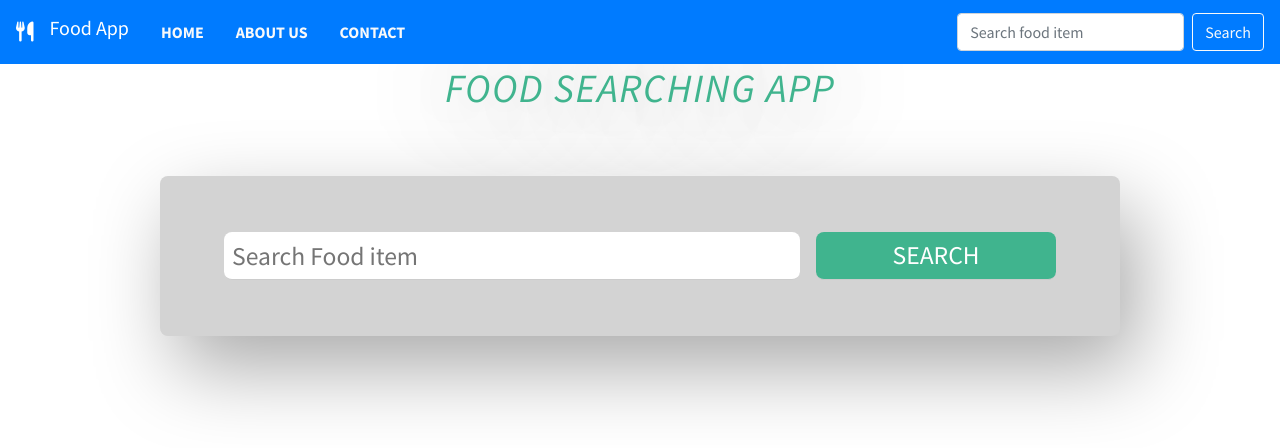
Repository: priyavmehta/React-Food-Recipe-App
Page: /contact
The author's editor kept a copy of each file at every save. The page is drawn from the files as they stood at one save, then again after the next save.
The browser window is 1280 px wide. The pictures show the whole page.
Some web libraries are served in a nearby version. The project was rebuilt for these pictures with package versions that can differ from the ones it lists, and the page was loaded fresh each time. Also part of the build but not shown: src/Components/RecipeDetails.js, src/Components/Recipe.js, src/Components/Alert.js.

Above is the page before, as saved 2020-07-11 23:01:34.

### public/index.html
<!DOCTYPE html>
<html lang="en">
  <head>
    <meta charset="utf-8" />
    <link rel="icon" href="%PUBLIC_URL%/favicon.ico" />
    <meta name="viewport" content="width=device-width, initial-scale=1" />
    <meta name="theme-color" content="#000000" />
    <meta
      name="description"
      content="Web site created using create-react-app"
    />
    <link rel="apple-touch-icon" href="%PUBLIC_URL%/logo192.png" />
    <link rel="manifest" href="%PUBLIC_URL%/manifest.json" />

    <script src="https://kit.fontawesome.com/c3f9cf1e2c.js" crossorigin="anonymous"></script>

    <link rel="stylesheet" href="https://stackpath.bootstrapcdn.com/bootstrap/4.3.1/css/bootstrap.min.css" integrity="sha384-ggOyR0iXCbMQv3Xipma34MD+dH/1fQ784/j6cY/iJTQUOhcWr7x9JvoRxT2MZw1T" crossorigin="anonymous">
    <script src="https://code.jquery.com/jquery-3.3.1.slim.min.js" integrity="sha384-q8i/X+965DzO0rT7abK41JStQIAqVgRVzpbzo5smXKp4YfRvH+8abtTE1Pi6jizo" crossorigin="anonymous"></script>
<script src="https://cdnjs.cloudflare.com/ajax/libs/popper.js/1.14.7/umd/popper.min.js" integrity="sha384-UO2eT0CpHqdSJQ6hJty5KVphtPhzWj9WO1clHTMGa3JDZwrnQq4sF86dIHNDz0W1" crossorigin="anonymous"></script>
<script src="https://stackpath.bootstrapcdn.com/bootstrap/4.3.1/js/bootstrap.min.js" integrity="sha384-JjSmVgyd0p3pXB1rRibZUAYoIIy6OrQ6VrjIEaFf/nJGzIxFDsf4x0xIM+B07jRM" crossorigin="anonymous"></script>

    <title>Food App</title>
  </head>
  <body>
    <noscript>You need to enable JavaScript to run this app.</noscript>
    <div id="root"></div>
    <!--
      This HTML file is a template.
      If you open it directly in the browser, you will see an empty page.

      You can add webfonts, meta tags, or analytics to this file.
      The build step will place the bundled scripts into the <body> tag.

      To begin the development, run `npm start` or `yarn start`.
      To create a production bundle, use `npm run build` or `yarn build`.
    -->
  </body>
</html>

### src/App.js
import React, { useState } from 'react';
import './App.css';
import RecipeState from './context/recipe/RecipeState';
import Search from './Components/Search';
import { BrowserRouter as Router, Switch, Route } from 'react-router-dom'
import Navbar from './Components/Navbar';

const App = () => {

  return (
    <RecipeState>
      <Router>
      <Navbar />
        <div className="App">

          <Search/>
        </div>
      </Router>
    </RecipeState>
  );
}

export default App;

### src/App.css
@import url("https://fonts.googleapis.com/css?family=Source+Sans+Pro:300,300i,400,400i,600,600i,700&display=swap");

* {
  font-family: "Source Sans Pro", sans-serif;
  margin: 0;
  padding: 0;
  text-decoration: none;
  list-style-type: none;
  outline: none;
}

.App {
  display: flex;
  flex-direction: column;
  align-items: center;
}

h1 {
  letter-spacing: 0.1rem;
  font-style: italic;
  color: #40b48e;
  text-shadow: 0 0.2rem 5rem rgb(119, 115, 115);
  text-transform: uppercase;
  margin: 4rem 0;
}

.search-form {
  width: 60rem;
  height: 10rem;
  display: flex;
  justify-content: center;
  align-items: center;
  background-color: #d3d3d3;
  border-radius: 0.5rem;
  margin-bottom: 5rem;
  box-shadow: 1rem 2rem 5rem #aaa;
  position: relative;
}

.alert {
  /*position: absolute;*/
  top: -3rem;
  left: 0;
  background-color: rgb(233, 72, 72);
  width: calc(100% - 0.4rem);
  border-radius: 0.5rem;
  padding: 0.2rem;
}

.alert h3 {
  font-size: 1.8rem;
  color: #fff;
  font-weight: 400;
  text-transform: uppercase;
  text-align: center;
}

.search-form input {
  font-size: 1.6rem;
  border: none;
  border-bottom: 0.1rem solid #ccc;
  margin: 0 0.5rem;
  border-radius: 0.5rem;
  height: 3rem;
}

.search-form input[type="text"] {
  padding: 0 0.5rem;
  width: 60%;
  color: #555;
}

.search-form input[type="submit"] {
  width: 25%;
  text-transform: uppercase;
  background-color: #40b48e;
  color: #fff;
}

.recipes {
  width: 90%;
  display: flex;
  align-items: center;
  flex-wrap: wrap;
  justify-content: center;
  align-items: flex-start;
}

.recipe {
  width: 30rem;
  margin: 3rem;
  display: flex;
  flex-direction: column;
  background-color: #d3d3d3;
  padding: 2rem;
  position: relative;
  border-radius: 0.5rem;
  box-shadow: 2rem 3rem 5rem #aaa;
}

.recipe h2 {
  background-color: rgba(161, 161, 161, 0.7);
  border-radius: 0.5rem;
  padding: 0.3rem 0.5rem;
  position: absolute;
  top: 2.5rem;
  left: 2.5rem;
  right: 2.5rem;
  font-size: 2.5rem;
  font-weight: 400;
  text-shadow: 0 0.5rem 0.5rem #555;
  color: #fff;
}

.recipe img {
  border-radius: 0.5rem;
  object-fit: cover;
}

.recipe a {
  font-size: 1.8rem;
  color: #40b48e;
}

/* .recipe button {
  font-size: 2rem;
  text-transform: uppercase;
  color: #fff;
  background-color: #40b48e;
  border: none;
  border-radius: 0.5rem;
  height: 3rem;
} */

.ingredient-list {
  margin-top: 1rem;
  background-color: #f0f0f0;
  border-radius: 0.5rem;
  padding: 0.5rem;
}

.ingredient-list li {
  margin: 0.5rem 0;
}

.ingredient-text {
  font-size: 1.5rem;
  color: #888;
}

.ingredient-weight {
  color: #40b48e;
  font-size: 1.3rem;
}

.fas {
  color: white;
}

.navbar-brand{
  color: white;
}

h3 {
  color: white;
}

### src/context/recipe/RecipeState.js
import React, { useReducer, useState, useEffect } from 'react'
import recipeContext from './recipeContext'
import recipeReducer from './recipeReducer';
import axios from 'axios'
import {SEARCH_RECIPE, SET_ALERT, REMOVE_ALERT, SET_HOME_PAGE} from '../types'

const RecipeState = (props) => {

    const initialState = {

        recipes : [],
        alert : ""
    };

    const home_recipes = []

    const [state, dispatch] = useReducer(recipeReducer, initialState);

    const YOUR_APP_ID = 'a232e31f';
    const YOUR_APP_KEY = 'd3cfbfb089b421a6f5135d309faa2604';

    // useEffect(async () => {
    //     const dosa = await axios.get(`https://api.edamam.com/search?q=dosa&app_id=${YOUR_APP_ID}&app_key=${YOUR_APP_KEY}`)
    //     const dosa_results = dosa.data.hits;
    //     home_recipes.push(dosa_results[5])
    //     home_recipes.push(dosa_results[9])

    //     const data = await axios.get(`https://api.edamam.com/search?q=pav&app_id=${YOUR_APP_ID}&app_key=${YOUR_APP_KEY}`)
    //     const results = data.data.hits;
    //     home_recipes.push(results[0])
    //     home_recipes.push(results[1])

    //     dispatch({type : SET_HOME_PAGE, payload : home_recipes})
    //     console.log("All Done")
    //     console.log(state.recipes)
    // }, [])

    const getData = async (text) => {
        if (text !== ''){
            const url = `https://api.edamam.com/search?q=${text}&app_id=${YOUR_APP_ID}&app_key=${YOUR_APP_KEY}`
            const data = await axios.get(url);
            if (!data.data.more){
                return (
                    dispatch({type : SET_ALERT, payload : "Such a food item is not available.."}),
                    setTimeout (() => dispatch({ type : REMOVE_ALERT }), 5000)
                )
            }
            dispatch({type: SEARCH_RECIPE, payload: data.data.hits})
            console.log(state.recipes)
        } else {
            dispatch ({type : SET_ALERT, payload: "Please enter something"})
            setTimeout (() => dispatch({ type : REMOVE_ALERT }), 5000)
        }

    }

    const getIndian = async () => {

    }

    return <recipeContext.Provider value = {{
            getData,
            recipes: state.recipes,
            alert : state.alert
        }
    }
    >
        {props.children}
    </recipeContext.Provider>
}

export default RecipeState

### src/Components/Search.js
import React, {Fragment, useContext, useState} from 'react'
import recipeContext from '../context/recipe/recipeContext'
import Recipe from './Recipe'
import Alert from './Alert'

const Search = () => {

    const [query, setQuery] = useState("")

    const RecipeContext = useContext(recipeContext)
    const {getData, recipes, alert} = RecipeContext

    const changeQuery = (event) => setQuery(event.target.value)

    const onSubmitQuery = (event) => {
        event.preventDefault()
        getData(query)
        setQuery("")
    }

    return (
        <Fragment>
            <h1 >Food Searching App</h1>
            { alert !== "" && <Alert/>}
            <form className = "search-form" onSubmit = {onSubmitQuery}>
                <input type="text" placeholder = "Search Food item" autoComplete = "off" onChange = {changeQuery} value = {query} />
                <input type = "submit" value = "Search" />
            </form>
            <div className = "recipes">
                {
                    recipes !== [] && (
                        recipes.map(recipe => <Recipe recipe = {recipe}/>)
                    )
                }
            </div>
        </Fragment>
    )
}

export default Search

### src/Components/Navbar.js
import React from 'react'
import PropTypes from 'prop-types'
import { Link } from 'react-router-dom'

const Navbar = ({icon, title}) => {

    return (
        <nav className="navbar navbar-expand-md navbar-dark bg-primary fixed-top">
            <a className="navbar-brand"><i className="fas fa-utensils"></i>  </a>
            <h3 className="navbar-brand">Food App</h3>
            <button type="button" className="navbar-toggler bg-light" data-toggle="collapse" data-target="#nav">
                <span className="navbar-toggler-icon"></span>
            </button>
             <div className="collapse navbar-collapse justify-content-between" id="nav">
                <ul className="navbar-nav">
                    <li className="nav-item" >
                        <a className="nav-link text-light font-weight-bold px-3" href="#">HOME</a>
                    </li>
                    <li className="nav-item">
                        <a className="nav-link text-light font-weight-bold px-3" href="#">ABOUT US</a>
                    </li>
                    <li className="nav-item">
                        <a className="nav-link text-light font-weight-bold px-3" href="#">CONTACT</a>
                    </li>
                </ul>
                <form class="form-inline">
                    <input class="form-control mr-sm-2" type="search" placeholder="Search food item" aria-label="Search"/>
                    <button class="btn btn-outline-light my-2 my-sm-0" type="submit">Search</button>
                </form>

            </div>

        </nav>
    )
}

Navbar.defaultProps = {
    title : "Food App",
    icon : "fab fa-github"
};

Navbar.propTypes = {
    title : PropTypes.string.isRequired,
    icon : PropTypes.string.isRequired
};

export default Navbar

### src/context/recipe/recipeContext.js
import { createContext } from 'react'

const recipeContext = createContext()

export default recipeContext

### src/context/recipe/recipeReducer.js
import {SEARCH_RECIPE, SET_ALERT, REMOVE_ALERT, SET_HOME_PAGE} from '../types'

export default (state, action) => {
    switch(action.type){
        case SET_HOME_PAGE:
            return{
                ...state,
                recipes : action.payload
            }
        case REMOVE_ALERT:
            return{
                ...state,
                alert: ""
            }
        case SET_ALERT:
            return{
                ...state,
                alert: action.payload
            }
        case SEARCH_RECIPE:
            return {
                ...state,
                recipes : action.payload,
                alert: ""
            }
        default:
            return state
    }
}

### src/context/types.js
export const SEARCH_RECIPE = "SEARCH_RECIPE";
export const CHANGE_QUERY = "CHANGE_QUERY";
export const SET_ALERT = "SET_ALERT";
export const REMOVE_ALERT = "REMOVE_ALERT";
export const SET_HOME_PAGE = "SET_HOME_PAGE";

Loaded but not shown: src/index.js (common file); src/index.css (common file); src/serviceWorker.js (common file)

After the next save:
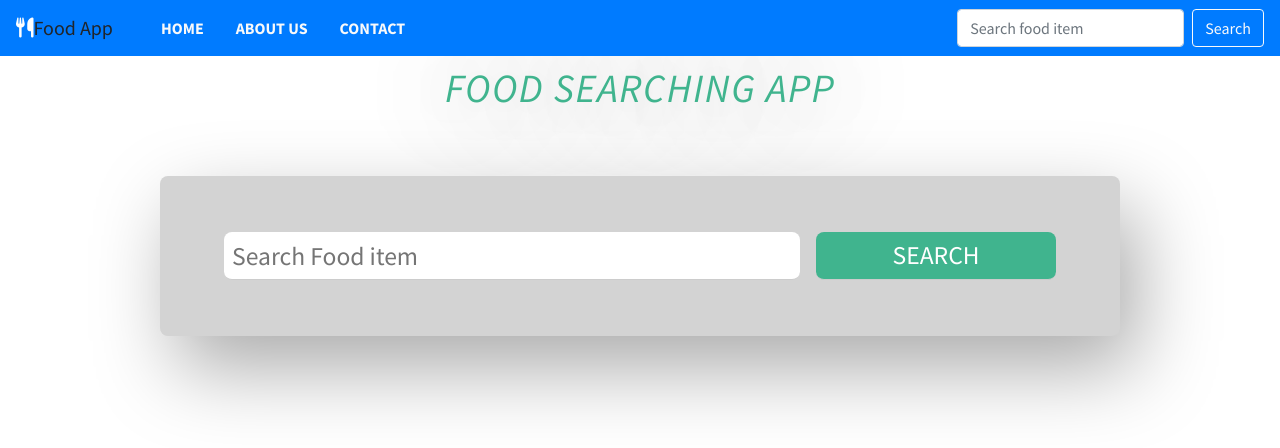
Saved 12 s later.
--- a/src/Components/Navbar.js
+++ b/src/Components/Navbar.js
@@ -6,8 +6,8 @@
 
     return (
         <nav className="navbar navbar-expand-md navbar-dark bg-primary fixed-top">
-            <a className="navbar-brand"><i className="fas fa-utensils"></i>  </a>
-            <h3 className="navbar-brand">Food App</h3>
+            <a className="navbar-brand"><i className="fas fa-utensils"></i>Food App  </a>
+            <h3 className="navbar-brand"></h3>
             <button type="button" className="navbar-toggler bg-light" data-toggle="collapse" data-target="#nav">
                 <span className="navbar-toggler-icon"></span>
             </button>

After the save that followed:
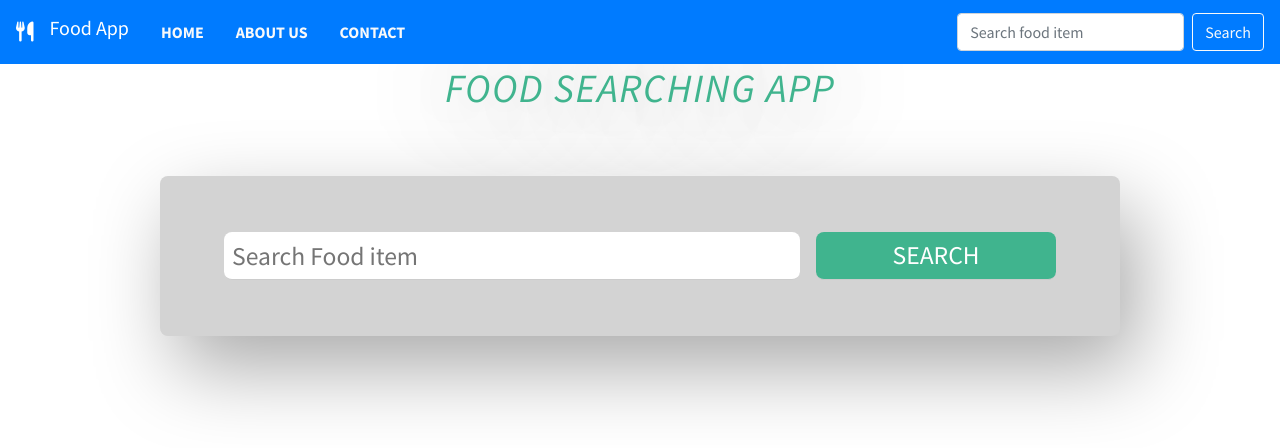
Saved 10 s later.
--- a/src/Components/Navbar.js
+++ b/src/Components/Navbar.js
@@ -6,8 +6,8 @@
 
     return (
         <nav className="navbar navbar-expand-md navbar-dark bg-primary fixed-top">
-            <a className="navbar-brand"><i className="fas fa-utensils"></i>Food App  </a>
-            <h3 className="navbar-brand"></h3>
+            <a className="navbar-brand"><i className="fas fa-utensils"></i>  </a>
+            <h3 className="navbar-brand">Food App</h3>
             <button type="button" className="navbar-toggler bg-light" data-toggle="collapse" data-target="#nav">
                 <span className="navbar-toggler-icon"></span>
             </button>
